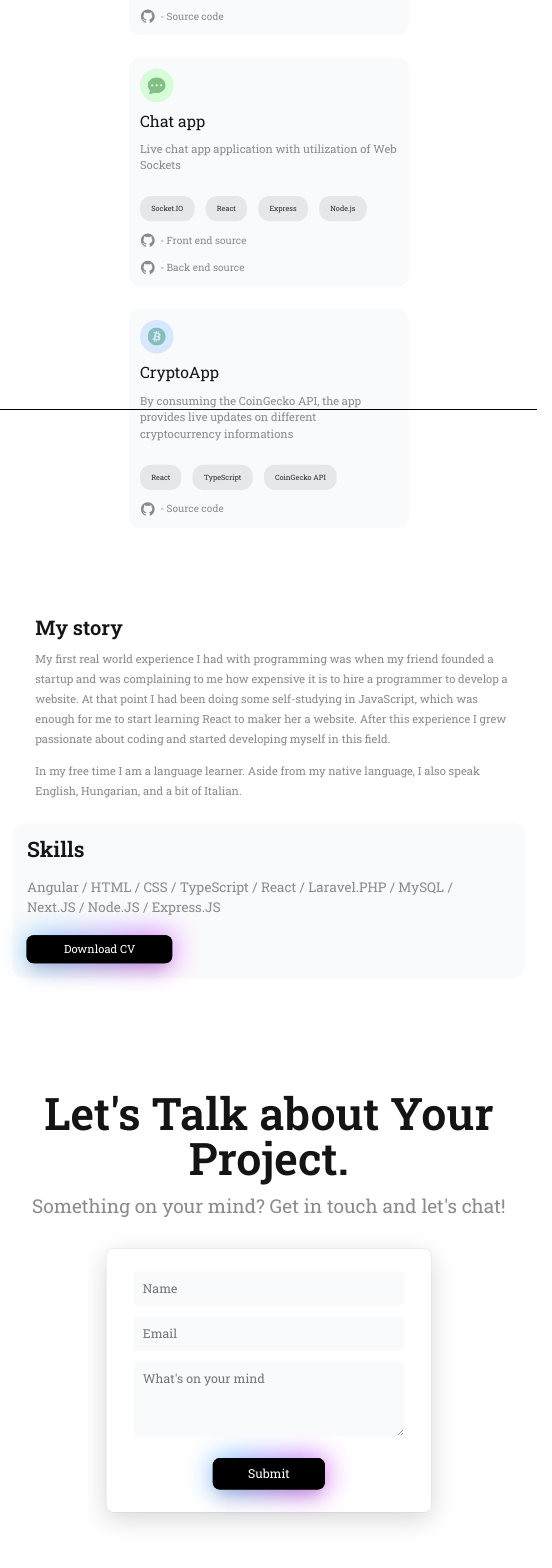
Repository: Leoka2000/portfolio-final
Page: /
The author's editor kept a copy of each file at every save. The page is drawn from the files as they stood at one save, then again after a run of saves.
The browser window is 768 px wide. The page is 768 px wide, then 789 px, so the pictures cover 789 px, including what lies to the right of the window. The pictures show the part of the page from y = 2320 to 4560 px (the page is 4560 px tall), at 70% of full size.
Some web fonts or font styles are not loaded; a fallback is used. The project was rebuilt for these pictures with package versions that can differ from the ones it lists, and the page was loaded fresh each time. Some packages were replaced by stand-ins written for this rebuild. Also part of the build but not shown: src/App.css. Imported but missing from the stored project, and not drawn on this page: src/assets/BioNexus.mp4, src/assets/LeoCV.pdf, src/assets/ScholarSearch.mp4, src/assets/chat-app.mp4.

Above is the page before, as saved 2023-09-27 14:22:22.

After the next 2 saves:
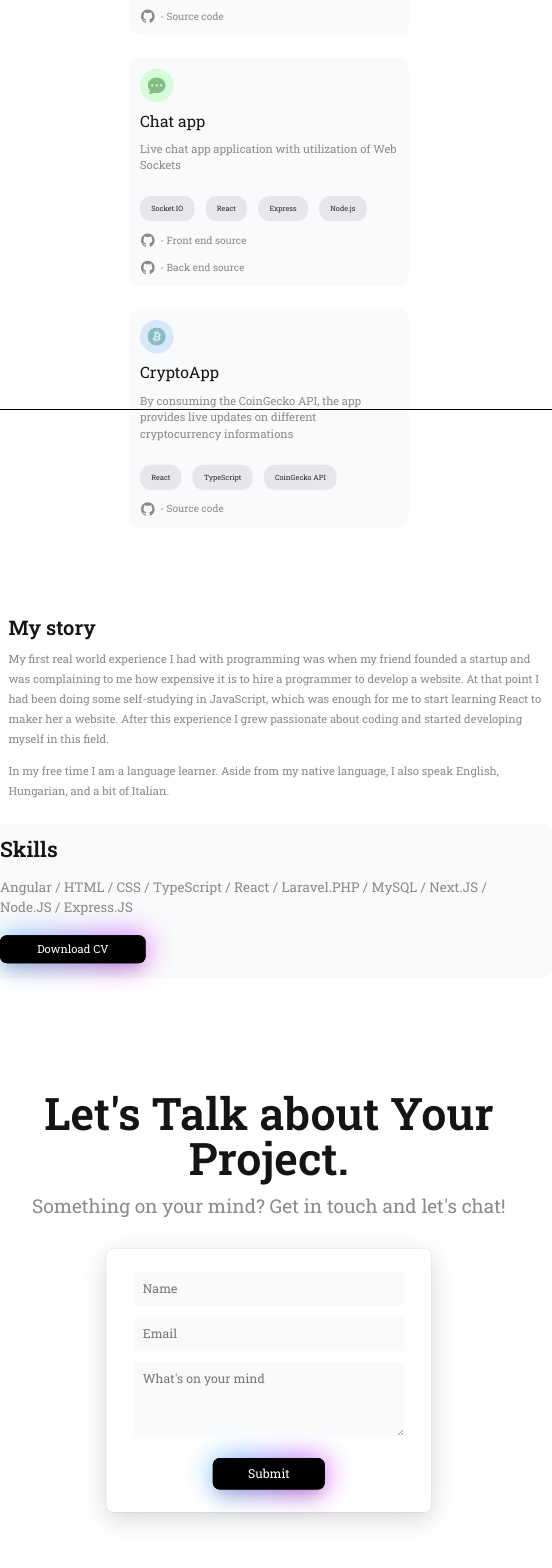
The 2 saves are shown as one change because they came seconds apart.
The last was saved 20 s later.
--- a/src/pages/main/about/about.css
+++ b/src/pages/main/about/about.css
@@ -133,14 +133,14 @@ color: black;
 
     }
     .right {
-        width: 90%;
+        width: 100%;
 
 
 
 
     }
     .left {
-        width: 90%;
+        width: 100%;
         padding-bottom: 1.5rem;
 
 
